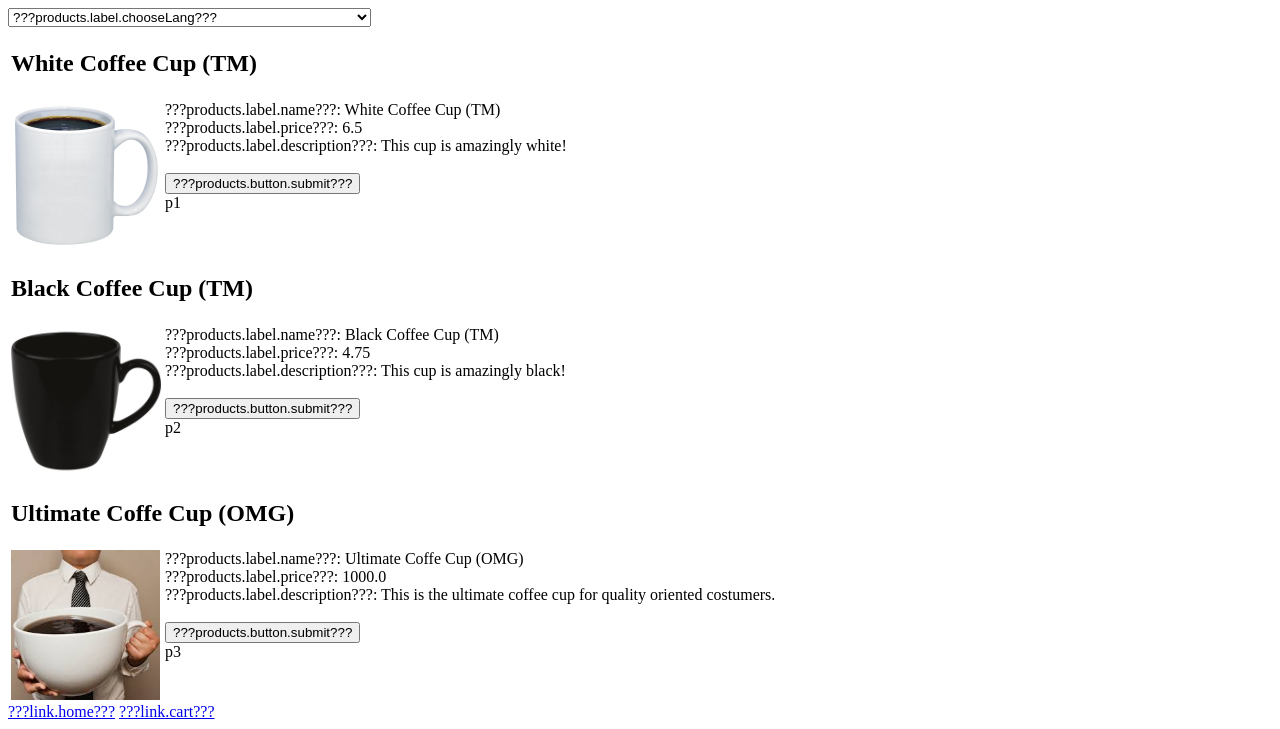
Repository: superdids/DAT152
Page: http://localhost/Oblig3/products
The author's editor kept a copy of each file at every save. The page is drawn from the files as they stood at one save, then again after the next save.
The browser window is 1280 px wide. The pictures show the whole page.
The page is served by Tomcat 9. Other server files are loaded and not shown.

Above is the page before, as saved 2015-10-31 13:14:07.

### Oblig3/WebContent/products.jsp
<%@ page language="java" contentType="text/html; charset=UTF-8"
    pageEncoding="UTF-8"%>
<%@ taglib uri="http://java.sun.com/jsp/jstl/core" prefix="c" %>
<%@ taglib prefix="fmt" uri="http://java.sun.com/jsp/jstl/fmt" %>
<%-- <c:set var="language"  --%>
<%-- value="${not empty param.language ? param.language : not empty language ? language : pageContext.request.locale}"  --%>
<%-- scope="session" /> --%>
<%-- <c:set var="language" value="${language}" scope="session" /> --%>
<fmt:setLocale value="${language}" />
<fmt:setBundle basename="no.hib.dat152.i18n.text" />
<!DOCTYPE html PUBLIC "-//W3C//DTD HTML 4.01 Transitional//EN" "http://www.w3.org/TR/html4/loose.dtd">
<html lang="${language}">
<head>
<meta http-equiv="Content-Type" content="text/html; charset=UTF-8">
<title>Products</title>
</head>
<body>
<form action="products" method="POST">
	<select id="language" name="language" onchange="submit()">
		<option disabled="disabled" selected="selected" >
			<fmt:message key="products.label.chooseLang" />
		</option>
		<c:forEach var="langu" items="${availableLanguages}">
			<option value="${langu}">
				<fmt:setLocale value="${langu}" />
				<fmt:setBundle basename="no.hib.dat152.i18n.text" />
				<fmt:message key="products.label.lang" />
				<c:if test="${language == langu}" >
					<fmt:message key="products.label.selected" />
				</c:if>
			</option>
		</c:forEach>
		<fmt:setLocale value="${language}" />
		<fmt:setBundle basename="no.hib.dat152.i18n.text" />
	</select>
</form>

<table>
<c:forEach var="description" items="${descriptions}">
<tr><td colspan="2"><h2>${description.product.productName}</h2></td></tr>
<tr>
	<td>
		<img src="${description.product.relativePathToImg}" height="150"/>
	</td>
	<td style="vertical-align:top">
		<label for="name"><fmt:message key="products.label.name" /></label>: ${description.product.productName} <br/>
		<label for="price"><fmt:message key="products.label.price" /></label>: ${description.product.priceInEuro} <br/>
		<label for="description"><fmt:message key="products.label.description" /></label>: ${description.text} <br/><br/>
		<form action="products" method="POST">
			<fmt:message key="products.button.submit" var="buttonValue" />
			<input type="hidden" name="item" value="p${description.id.productNumber}" />
			<input type="submit" value="${buttonValue}" />
			<br/> p${description.id.productNumber}
		</form>
		</td>
</tr>
</c:forEach>
</table>

<a href="home"><fmt:message key="link.home" /></a>
<a href="cart"><fmt:message key="link.cart" /></a>

</body>
</html>

### Oblig3/src/no/hib/dat152/controllers/Products.java
package no.hib.dat152.controllers;

import java.io.IOException;
import java.util.List;

import javax.servlet.ServletException;
import javax.servlet.annotation.WebServlet;
import javax.servlet.http.HttpServlet;
import javax.servlet.http.HttpServletRequest;
import javax.servlet.http.HttpServletResponse;

import no.hib.dat102.database.Description;
import no.hib.dat102.database.DescriptionDAOContext;
import no.hib.dat102.database.Product;
import no.hib.dat102.database.ProductDAOContext;
import no.hib.dat152.util.RequestHelper;

/**
 * Servlet implementation class Products
 */
@WebServlet("/products")
public class Products extends HttpServlet {
	private static final long serialVersionUID = 1L;

	/**
	 * @see HttpServlet#HttpServlet()
	 */
	public Products() {
		super();
		// TODO Auto-generated constructor stub
	}

	/**
	 * @see HttpServlet#doGet(HttpServletRequest request, HttpServletResponse response)
	 */
	protected void doGet(HttpServletRequest request, HttpServletResponse response) throws ServletException, IOException {

		request = RequestHelper.setLanguage(request);

		String dynamic = (String) request.getSession().getAttribute("language");

		DescriptionDAOContext dao = new DescriptionDAOContext();
		List<Description> descriptions = dao.readAllDescriptionsByLanguageCode(dynamic);
		request.setAttribute("descriptions", descriptions);

		request.getRequestDispatcher("/products.jsp").forward(request, response);
	}

	/**
	 * @see HttpServlet#doPost(HttpServletRequest request, HttpServletResponse response)
	 */
	protected void doPost(HttpServletRequest request, HttpServletResponse response) throws ServletException, IOException {
		if (request.getParameter("language") != null)
			response = RequestHelper.generateCookie(request, response, "language", "locale");
		else {
			ProductDAOContext dao = new ProductDAOContext();
			List<Product> products = dao.readAll();
			Product p = null;
			String parameter = request.getParameter("item");
			System.out.println(parameter);
			if(parameter != null) {
				if(products != null) {
					for(Product product : products) {
						if(parameter.equals("p"+product.getProductNumber())) {
							p = product; break;
						}
					}
				}
				if (p != null) request = RequestHelper.updateCart(request, p);
				else System.out.println("product null");
			}
		}
		response.sendRedirect(request.getContextPath() + "/products");
	}
}

### Oblig3/src/no/hib/dat152/util/RequestHelper.java
package no.hib.dat152.util;

import javax.servlet.http.Cookie;
import javax.servlet.http.HttpServletRequest;
import javax.servlet.http.HttpServletResponse;

import no.hib.dat102.database.AvailableLanguages;
import no.hib.dat102.database.DescriptionDAOContext;
import no.hib.dat102.database.Product;
import no.hib.dat152.models.CartItem;
import no.hib.dat152.models.MyAwesomeCart;

/**
 * Hjelpeklasse som oppdaterer request/response objektet, eller
 * henter verdier fra request objektet
 * @author Didrik, Lars-Jo, Ståle
 */
public class RequestHelper {

	/**
	 * Henter språkkode
	 * @param request Request objektet
	 * @return Språkkoden om den finnes i request objektet, null ellers
	 */
	public static String getLanguageFromRequest(HttpServletRequest request) {
		String lang = request.getParameter("language");
		return lang != null ? lang : "en";
	}

	/**
	 * Henter en cookie med gitt request objekt og cookie navn
	 * @param request Request objektet
	 * @param cookieName Cookie navn
	 * @return Referanse til et cookie objekt om navnet eksisterer, null ellers
	 */
	public static Cookie getCookie(HttpServletRequest request, String cookieName) {
		Cookie cookie = null;
		Cookie [] cookies = request.getCookies();
		if (cookies != null) {
			for(Cookie c : cookies) {
				if(c.getName().equals(cookieName)) { cookie = c; break; }
			}
		}

		return cookie;
	}

	/**
	 * Oppretter nytt cookie objekt
	 * @param request Request objektet
	 * @param response Response objektet
	 * @param paramReference Parameterreferanse som skal settes inn i cookie objektet
	 * @param cookieName Navnet som skal tilordnes cookie objektet
	 * @return Referanse til et cookie objekt
	 */
	public static HttpServletResponse generateCookie(HttpServletRequest request,
			HttpServletResponse response, String paramReference,
			String cookieName) {
		String param = request.getParameter(paramReference);

		Cookie cookie = new Cookie(cookieName, param);
		response.addCookie(cookie);
		return response;
	}

	/**
	 * Setter språk avhengig av verdi i cookie
	 * @param request Request objektet
	 * @return Oppdatert request objekt
	 */
	public static HttpServletRequest setLanguage(HttpServletRequest request) {
		Cookie cookie = RequestHelper.getCookie(request, "locale");
		String dynamic = "en";
		if(cookie != null)
			dynamic = cookie.getValue();

		AvailableLanguages availableLanguages = ServletContext.getAvailableLanguagesFromContext();

		request.setAttribute("availableLanguages", availableLanguages.getLanguages());
		request.getSession().setAttribute("language", dynamic);
		return request;
	}

	/**
	 * Oppdaterer handlevognen
	 * @param request Request objektet
	 * @param product Produktet som skal legges inn i handlevognen
	 * @return Oppdatert request objekt
	 */
	public static HttpServletRequest updateCart(HttpServletRequest request, Product product) {
		MyAwesomeCart cart = (MyAwesomeCart) request.getSession().getAttribute("cart");
		Integer id = product.getProductNumber();

		if(cart == null) {
			cart = new MyAwesomeCart();
			cart.addItem(id, new CartItem(product, 1,""));
		} else
			if(cart.inCart(id))
				cart.addCount(id);
			else
				cart.addItem(id, new CartItem(product,1,""));

		request.getSession().setAttribute("cart", cart);

		return request;
	}
}

### Oblig3/src/no/hib/dat102/database/DescriptionDAO.java
package no.hib.dat102.database;

import java.util.List;

/**
 * Kontrakt som definerer oppførselen til et Data Access Object
 * som opererer på beskrivelser i en gitt samling
 * @author Didrik
 *
 */
public interface DescriptionDAO {

	/**
	 * Oppretter en ny beskrivelse
	 * @param d Beskrivelsen som skal opprettes
	 * @return Beskrivelsen, null dersom det skulle forekomme en feil
	 */
	public Description create(Description d);

	/**
	 * Henter en beskrivelse med en gitt primærnøkkel
	 * @param primaryKey Primærnøkkelen som det søkes etter
	 * @return Produktet dersom primærnøkkelen assosieres til
	 * en beskrivelse i samlingen, null ellers
	 */
	public Description read(DescriptionId primaryKey);

	/**
	 * Oppdaterer en eksisterende beskrivelse, eller oppretter
	 * om den ikke eksisterer
	 * @param d Beskrivelsen som skal oppdateres
	 * @return Beskrivelsen, null om det skulle forekomme en feil
	 */
	public Description update(Description d);

	/**
	 * Sletter en beskrivelse med en gitt primærnøkkel
	 * @param primaryKey Primærnøkkelen som det søkes etter
	 * @return True om beskrivelsen ble fjernet fra samlingen, false ellers
	 */
	public boolean delete(DescriptionId primaryKey);

	/**
	 * Henter alle beskrivelser i samlingen
	 * @return Samling av beskrivelser
	 */
	public List<Description> readAll();

	/**
	 * Henter alle beskrivelser i samlingen som har ønsket språkkode
	 * @param langCode Språkkoden aktuell for produkter
	 * @return Samling av beskrivelser
	 */
	public List<Description> readAllDescriptionsByLanguageCode(String langCode);

}

### Oblig3/src/no/hib/dat102/database/DescriptionDAOContext.java
package no.hib.dat102.database;

import java.util.ArrayList;
import java.util.List;

import no.hib.dat152.util.ServletContext;

public class DescriptionDAOContext implements DescriptionDAO {


	public DescriptionDAOContext() {

	}

	@Override
	public Description create(Description d) {
		// TODO Auto-generated method stub
		return null;
	}

	@Override
	public Description read(DescriptionId primaryKey) {
		List<Description> descriptions = ServletContext.fetchDescriptionsFromContext();
		for(Description d : descriptions) {
			if(d.getId() == primaryKey) return d;
		}
		return null;
	}

	@Override
	public Description update(Description d) {
		// TODO Auto-generated method stub
		return null;
	}

	@Override
	public boolean delete(DescriptionId primaryKey) {
		// TODO Auto-generated method stub
		return false;
	}

	@Override
	public List<Description> readAll() {
		List<Description> descriptions = ServletContext.fetchDescriptionsFromContext();
		return descriptions.size() > 0 ? descriptions : null;
	}

	@Override
	public List<Description> readAllDescriptionsByLanguageCode(String langCode) {
		List<Description> descriptions = ServletContext.fetchDescriptionsFromContext();
		List<Description> toRet = new ArrayList<Description>();
		for(Description d : descriptions)
			if(d.getId().getLanguageCode().equals(langCode)) toRet.add(d);
		return toRet.size() > 0 ? toRet : null;
	}
}

### Oblig3/WebContent/selectLanguage.jsp
<%@ page language="java" contentType="text/html; charset=UTF-8"
    pageEncoding="UTF-8"%>
<%@ taglib uri="http://java.sun.com/jsp/jstl/core" prefix="c" %>
<%@ taglib prefix="fmt" uri="http://java.sun.com/jsp/jstl/fmt" %>
<%@ taglib prefix="cs" uri="WEB-INF/customTags.tld" %>
<fmt:setLocale value="${language}" />
<fmt:setBundle basename="no.hib.dat152.i18n.text" var="bundle"/>
<!DOCTYPE html PUBLIC "-//W3C//DTD HTML 4.01 Transitional//EN" "http://www.w3.org/TR/html4/loose.dtd">
<html>
<head>
<meta http-equiv="Content-Type" content="text/html; charset=UTF-8">
<title>Notitle</title>
</head>
<body>
<form action="${url}" method="POST">
	<select id="language" name="language" onchange="submit()" >
		<option disabled="disabled" selected="selected" >
			<fmt:message key="products.label.chooseLang" bundle="${bundle}"/>
		</option>
		<c:forEach var="lang" items="${availableLanguages}">
			<option value="${lang}">
				<fmt:setLocale value="${lang}" />
				<fmt:setBundle basename="no.hib.dat152.i18n.text" />
				<fmt:message key="products.label.lang" />
				<c:if test="${language == lang}" >
					<fmt:message key="products.label.selected" />
				</c:if>
			</option>
		</c:forEach>
		<fmt:setLocale value="${language}" />
		<fmt:setBundle basename="no.hib.dat152.i18n.text" />
	</select>
</form>

</body>
</html>

After the next save:
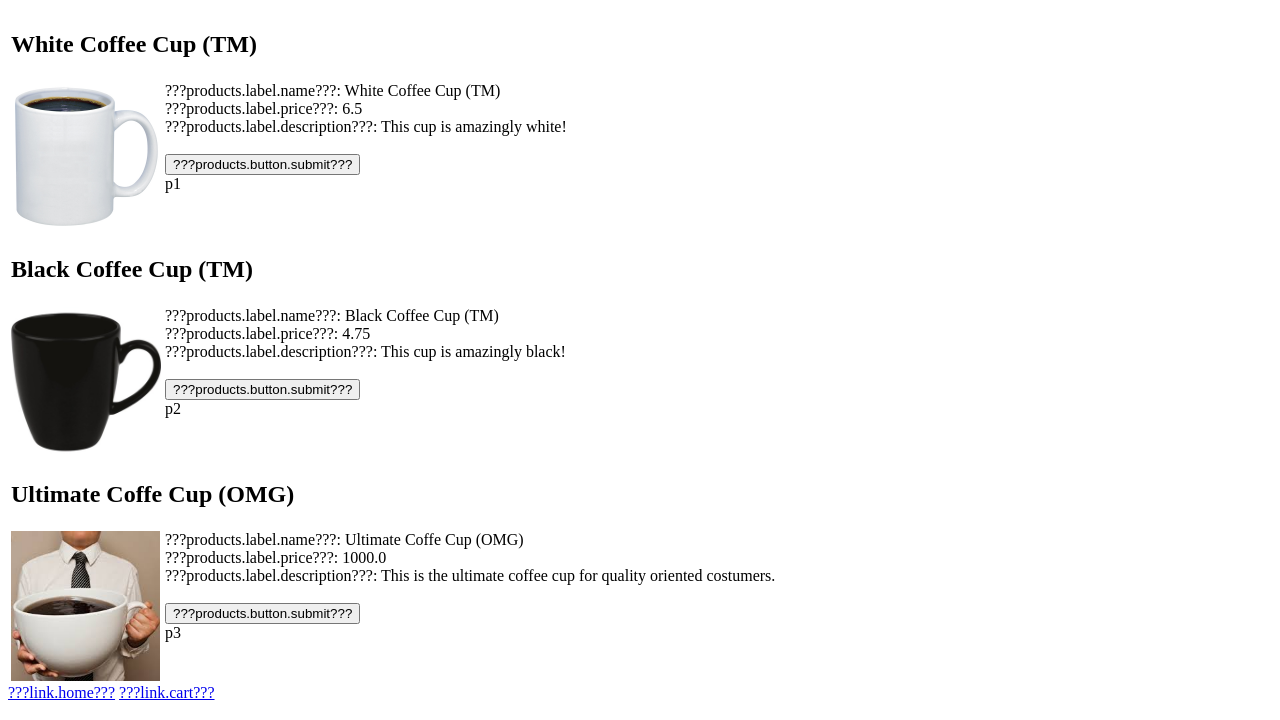
Saved 61 s later.
--- a/Oblig3/WebContent/products.jsp
+++ b/Oblig3/WebContent/products.jsp
@@ -15,25 +15,26 @@
 <title>Products</title>
 </head>
 <body>
-<form action="products" method="POST">
-	<select id="language" name="language" onchange="submit()">
-		<option disabled="disabled" selected="selected" >
-			<fmt:message key="products.label.chooseLang" />
-		</option>
-		<c:forEach var="langu" items="${availableLanguages}">
-			<option value="${langu}">
-				<fmt:setLocale value="${langu}" />
-				<fmt:setBundle basename="no.hib.dat152.i18n.text" />
-				<fmt:message key="products.label.lang" />
-				<c:if test="${language == langu}" >
-					<fmt:message key="products.label.selected" />
-				</c:if>
-			</option>
-		</c:forEach>
-		<fmt:setLocale value="${language}" />
-		<fmt:setBundle basename="no.hib.dat152.i18n.text" />
-	</select>
-</form>
+<!-- <form action="products" method="POST"> -->
+<!-- 	<select id="language" name="language" onchange="submit()"> -->
+<!-- 		<option disabled="disabled" selected="selected" > -->
+<%-- 			<fmt:message key="products.label.chooseLang" /> --%>
+<!-- 		</option> -->
+<%-- 		<c:forEach var="langu" items="${availableLanguages}"> --%>
+<%-- 			<option value="${langu}"> --%>
+<%-- 				<fmt:setLocale value="${langu}" /> --%>
+<%-- 				<fmt:setBundle basename="no.hib.dat152.i18n.text" /> --%>
+<%-- 				<fmt:message key="products.label.lang" /> --%>
+<%-- 				<c:if test="${language == langu}" >  --%>
+<%-- 					<fmt:message key="products.label.selected" /> --%>
+<%-- 				</c:if> --%>
+<!-- 			</option> -->
+<%-- 		</c:forEach> --%>
+<%-- 		<fmt:setLocale value="${language}" /> --%>
+<%-- 		<fmt:setBundle basename="no.hib.dat152.i18n.text" /> --%>
+<!-- 	</select> -->
+<!-- </form> -->
+<c:set var="url" value="products" />
 
 <table>
 <c:forEach var="description" items="${descriptions}">

After the save that followed:
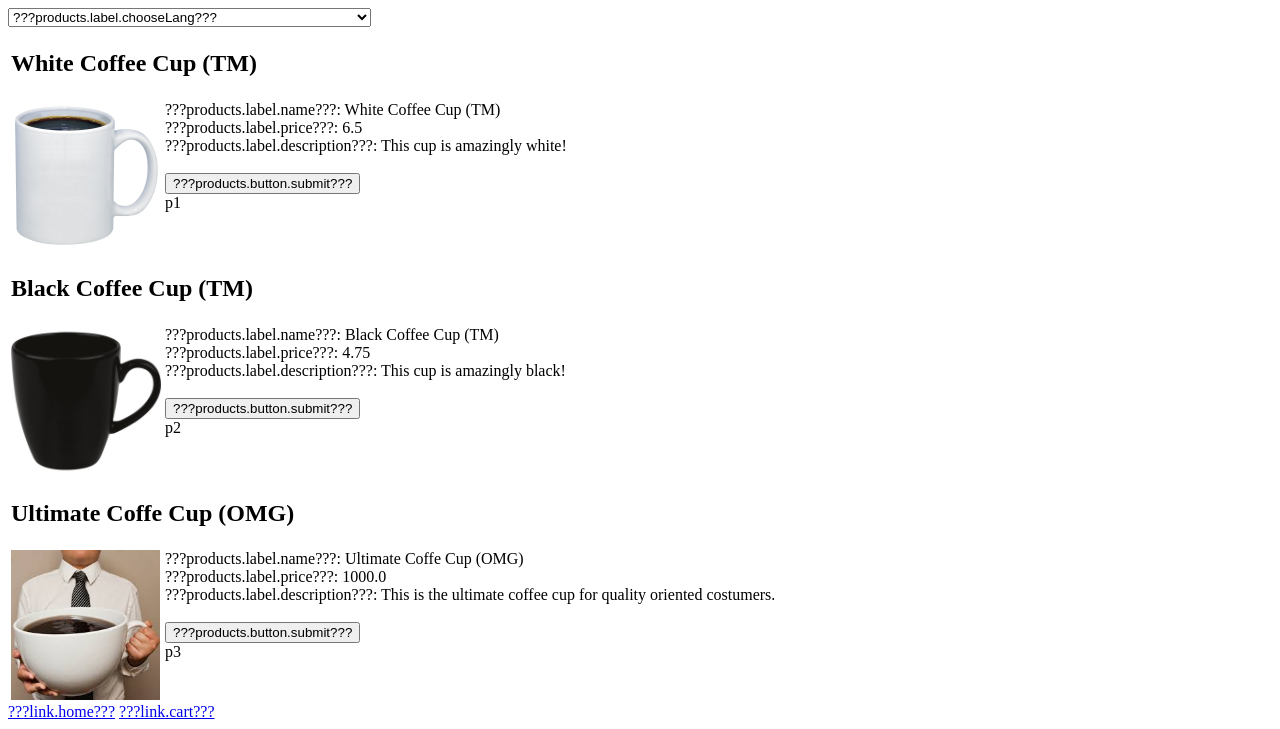
Saved 11 s later.
--- a/Oblig3/WebContent/products.jsp
+++ b/Oblig3/WebContent/products.jsp
@@ -35,6 +35,7 @@
 <!-- 	</select> -->
 <!-- </form> -->
 <c:set var="url" value="products" />
+<jsp:include page="selectLanguage.jsp" />
 
 <table>
 <c:forEach var="description" items="${descriptions}">
